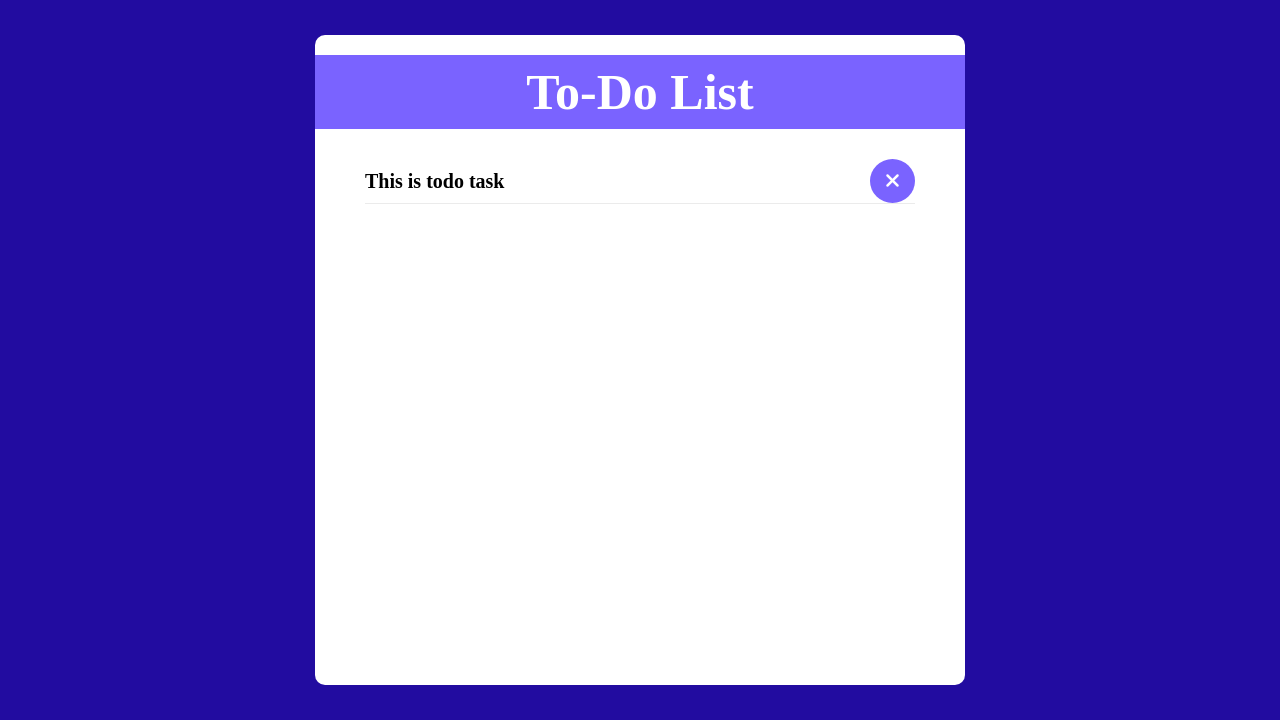
Repository: AliHassan02-Dev/To-Do-App
Page: /, after clicking the first element matching `span.fa-solid`
The author's editor kept a copy of each file at every save. The page is drawn from the files as they stood at one save, then again after the next save.
The browser window is 1280 px wide. The pictures show the whole page.
Some web libraries are served in a nearby version. The project was rebuilt for these pictures with package versions that can differ from the ones it lists, and the page was loaded fresh each time. Also part of the build but not shown: vite.config.js.

Above is the page before, as saved 2024-10-28 11:45:11.

### src/App.css
* {
  margin: 0;
  padding: 0;
  box-sizing: border-box;
  font-family: poppins;
}

.mainWrapper {
  width: 100%;
  height: 100vh;
  background-color: rgb(34, 12, 160);
  display: flex;
  justify-content: center;
  flex-direction: column;
}

.mainWrapper .container {
  width: 100%;
  max-width: 650px;
  height: 650px;
  background-color: white;
  margin: auto;
  border-radius: 10px;
}

.mainWrapper .container .topBar {
  margin: 20px 0px;
}

.mainWrapper .container .topBar h2 {
  width: 100%;
  text-align: center;
  background-color: rgb(122, 99, 255);
  font-size: 50px;
  padding: 8px;
  color: white;
}

.mainWrapper .container .bottomBar {
  margin: 20px 0px;
  padding: 10px 50px;
}

.mainWrapper .container .bottomBar ol {
  list-style-type: none;
}

.mainWrapper .container .bottomBar .taskList {
  width: 100%;
  flex-wrap: nowrap;
  display: flex;
  justify-content: space-between;
  align-items: center;
  border-bottom: 1px solid rgba(190, 190, 190, 0.3);
}

.mainWrapper .container .bottomBar .taskList li {
  font-size: 20px;
  font-weight: 600;
}

.mainWrapper .container .bottomBar .taskList span {
  color: white;
  background-color: rgb(122, 99, 255);
  padding: 12px 15px;
  font-size: 20px;
  border-radius: 100%;
  cursor: pointer;
}

### src/App.jsx
import React from "react";

const App = () => {
  return (
    <div className="mainWrapper">
      <div className="container">
        <div className="topBar">
          <h2>To-Do List</h2>
        </div>
        <div className="bottomBar">
          <ol>
            <div className="taskList">
              <li>This is todo task</li>
              <span class="fa-solid fa-xmark"></span>
            </div>
          </ol>
        </div>
      </div>
    </div>
  );
};

export default App;

Loaded but not shown: index.html (common file); src/main.jsx (common file)

After the next save:
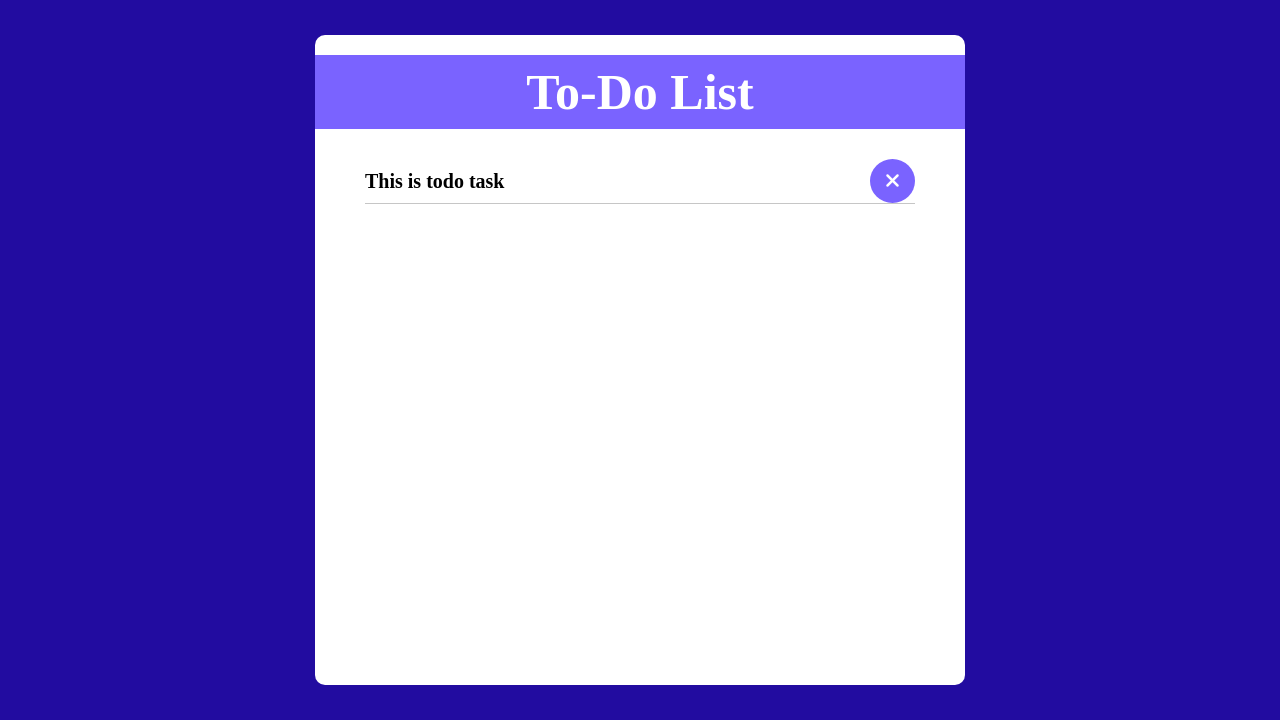
Saved 14 s later.
--- a/src/App.css
+++ b/src/App.css
@@ -51,7 +51,7 @@
   display: flex;
   justify-content: space-between;
   align-items: center;
-  border-bottom: 1px solid rgba(190, 190, 190, 0.3);
+  border-bottom: 1px solid rgba(141, 141, 141, 0.5);
 }
 
 .mainWrapper .container .bottomBar .taskList li {
